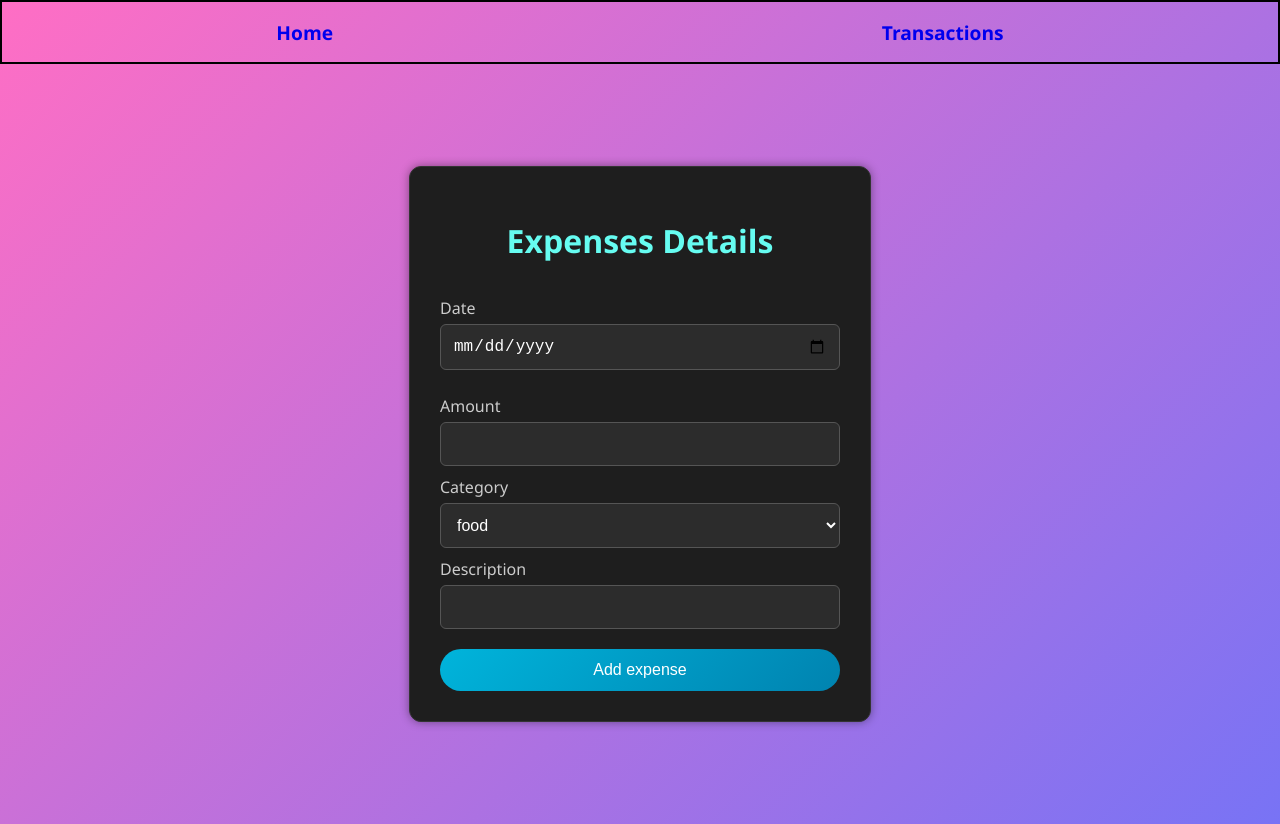
Repository: sarthak-tyagi123/expensetracker12
Page: http://localhost/
An editor plug-in stored every save of this project. The page is shown before and after the next save, followed by the edit.
The browser window is 1280 px wide. The pictures show the whole page.
The page is served by the project's Node server (app.js).

Above is the page before, as saved 2025-06-29 16:02:47.

### views/home.ejs
<!DOCTYPE html>
<html lang="en">
<head>
  <meta charset="UTF-8" />
  <meta name="viewport" content="width=device-width, initial-scale=1.0"/>
  <title>Expense Tracker</title>
 <style>
    body {
      margin: 0;
      padding: 0;
      background-color: #121212;
      font-family: 'Segoe UI', sans-serif;
      background: linear-gradient(135deg, #ff6ec4, #7873f5);
      color: #f0f0f0;
    }


    .nav{
      display: flex;
      height: 60px;
      border: 2px solid black;
      justify-content:space-around;
      align-items: center;
    }

    .a{
      text-decoration: none;
      font-size: larger;
      font-weight: bolder;
    }


/* expense details  css */






    .container {
      display: flex;
      justify-content: center;
      align-items: center;
      height: 100vh;
      padding: 20px;
    }

    .box {
      background-color: #1e1e1e;
      padding: 30px;
      border-radius: 12px;
      border: 1px solid #333;
      box-shadow: 0 0 10px rgba(0, 0, 0, 0.4);
      width: 100%;
      max-width: 400px;
    }

    h1 {
      text-align: center;
      margin-bottom: 25px;
      color: #66fcf1;
    }

    form {
      display: flex;
      flex-direction: column;
    }

    label {
      margin: 10px 0 5px;
      color: #ccc;
      font-weight: 500;
    }

    input {
      padding: 12px;
      font-size: 16px;
      border: 1px solid #555;
      border-radius: 6px;
      background-color: #2c2c2c;
      color: #fff;
    }

    select{
      padding: 12px;
      font-size: 16px;
      border: 1px solid #555;
      border-radius: 6px;
      background-color: #2c2c2c;
      color: #fff;
    }

    input::placeholder {
      color: #999;
    }

    button {
      margin-top: 20px;
      padding: 12px;
      font-size: 16px;
      border: none;
      border-radius: 30px;
      background: linear-gradient(135deg, #00b4db, #0083b0);
      color: white;
      cursor: pointer;
      transition: 0.3s ease;
    }


  </style>

</head>
<body>

  <div class="nav">
    <a href="/" class="a">Home</a>
    <a href="/transaction "class="a">Transactions</a>
  </div>

  <div class="container">
    <div class="box">

      <form class="form" action="/transactions" method="post">
        <h1>Expenses Details</h1>



        <label for="date">Date</label>
        <input type="date" name="date">

        <label for="time"></label>

        <label for="number">Amount</label>
        <input type="number" name="amount"/>

        <label for="text">Category</label>
        <select name="category">
          <option value="food" name="food">food</option>
          <option value="travel" name="travel">travel</option>
          <option value="study" name="study">study</option>
          <option value="shoping" name="shopping">shopping</option>
          <option value="grocery" name="grocery">grocery</option>

        </select>

        <label for="text">Description</label>
        <input type="text" name="description">


        <button type="submit">Add expense</button>
      </form>
    </div>
  </div>





</body>
</html>

### app.js
let express=require("express");
let app=express();
app.use(express.urlencoded({ extended: true }));
app.set("view engine",'ejs');

const path=require("path");
app.use(express.static(path.join(__dirname, 'public')));


app.get("/",function(req,res){
    res.render("home.ejs");
})


const transaction_data=[];
app.post("/transactions",function(req,res){
    const {date,amount,category,description } = req.body;
    transaction_data.push({date,amount,category,description});
    res.render("transactions.ejs",{data:transaction_data || []});
})


// let expenses = [];
// app.post("/expenses",function(req,res){
//   const { name, amount } = req.body;
//   expenses.push({ name, amount: Number(amount) });
// //   res.render('expenses.ejs', { name, amount })
//   res.render("expenses", { expenses:expenses || []});
// })

app.listen(3000);

After the next save:
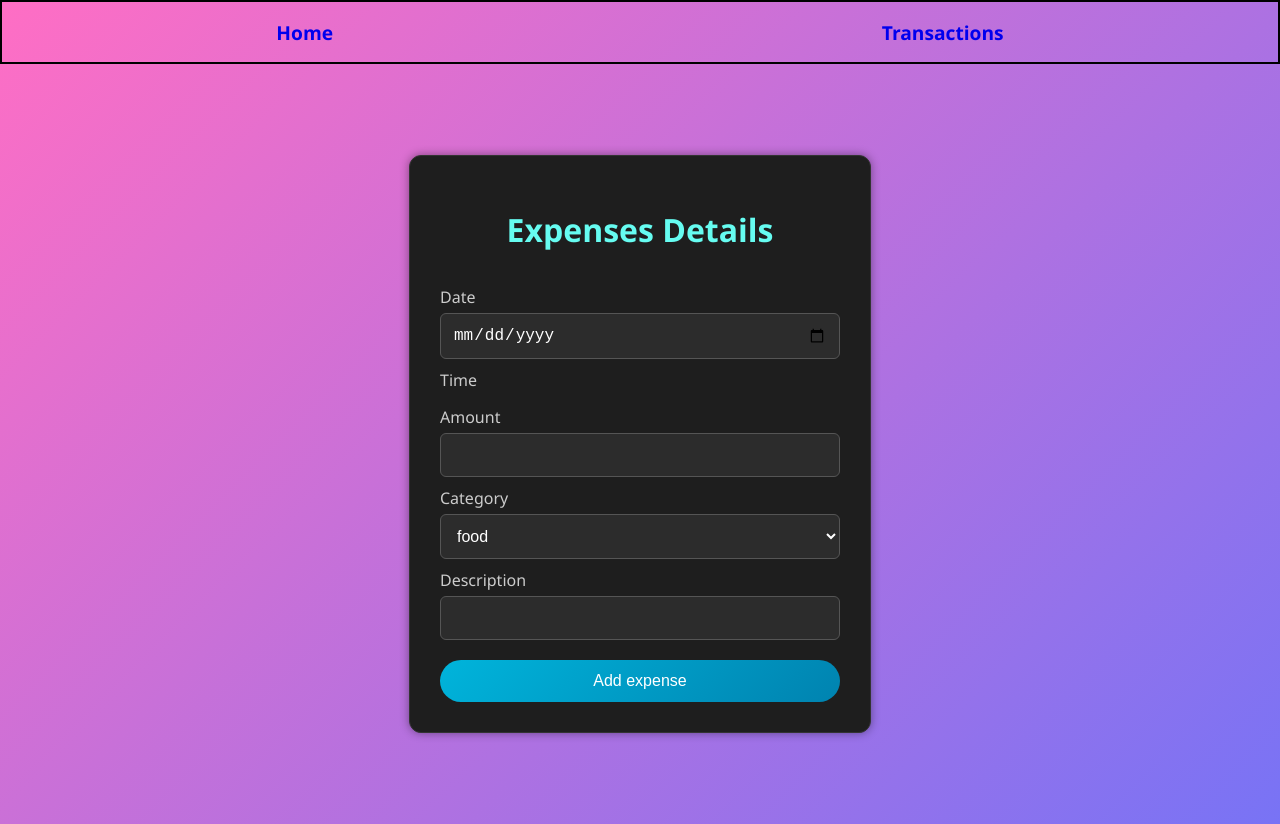
Saved 4 s later.
--- a/views/home.ejs
+++ b/views/home.ejs
@@ -128,7 +128,7 @@
         <label for="date">Date</label>
         <input type="date" name="date">
 
-        <label for="time"></label>
+        <label for="time">Time</label>
 
         <label for="number">Amount</label>
         <input type="number" name="amount"/>
